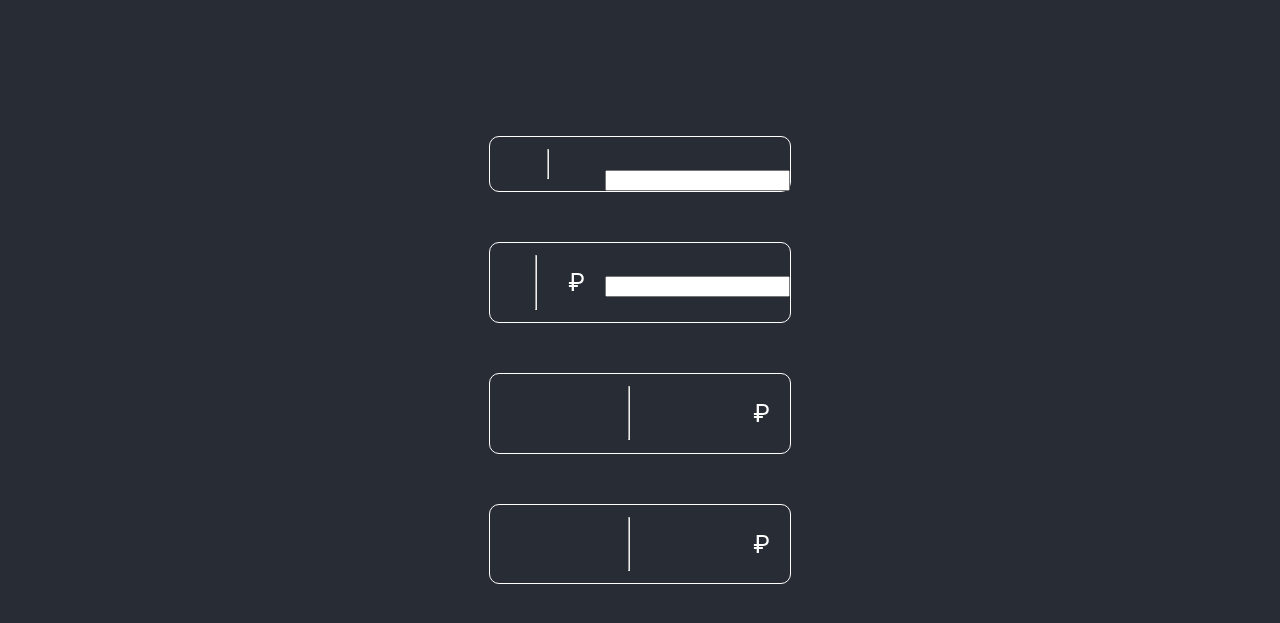
Repository: bandikost/capers
Page: /main
The author's editor kept a copy of each file at every save. The page is drawn from the files as they stood at one save, then again after the next save.
The browser window is 1280 px wide. The pictures show the whole page.
The page's requests for data from a server got no answer. The project was rebuilt for these pictures with package versions that can differ from the ones it lists, and the page was loaded fresh each time. No one was signed in, and anything a server would have sent is missing.

Above is the page before, as saved 2023-04-10 12:53:26.

After the next save:
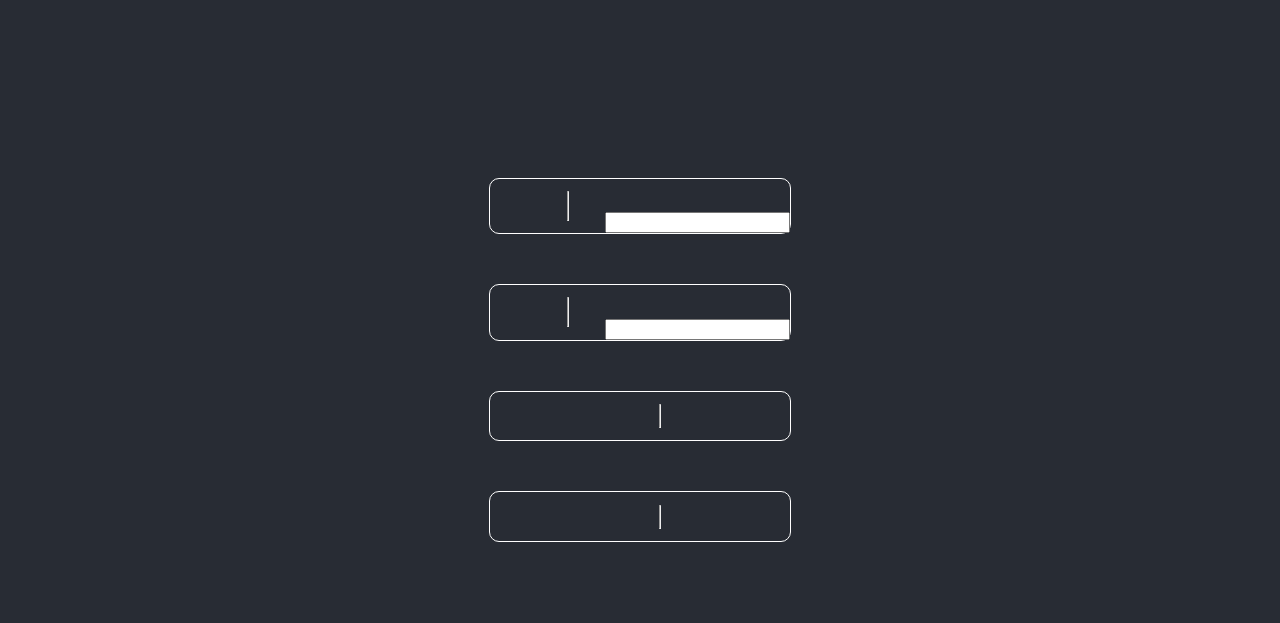
Saved 27 s later.
--- a/src/components/Main.jsx
+++ b/src/components/Main.jsx
@@ -38,25 +38,20 @@ export const Main = () => {
       <div className="cell">
         <p>{name.user1}</p>
         <hr />
-        <p>{balance.user1}</p>
         <UserInput userId="user1" name={name.user1} balance={balance.user1} />
       </div>
       <div className="cell">
         <p>{name.user2}</p>
         <hr />
-        <p>{balance.user2}<span style={{marginLeft: "5px"}}>₽</span></p>
         <UserInput userId="user2" name={name.user2} balance={balance.user2} />
       </div>
       <div className="cell">
         <p>{name.user3}</p>
         <hr />
-        <p>{balance.user3}<span style={{marginLeft: "5px"}}>₽</span></p>
       </div>
       <div className="cell">
         <p>{name.user4}</p>
         <hr />
-        <p>{balance.user4}<span style={{marginLeft: "5px"}}>₽</span></p>
-
         </div>
         </div>
 
